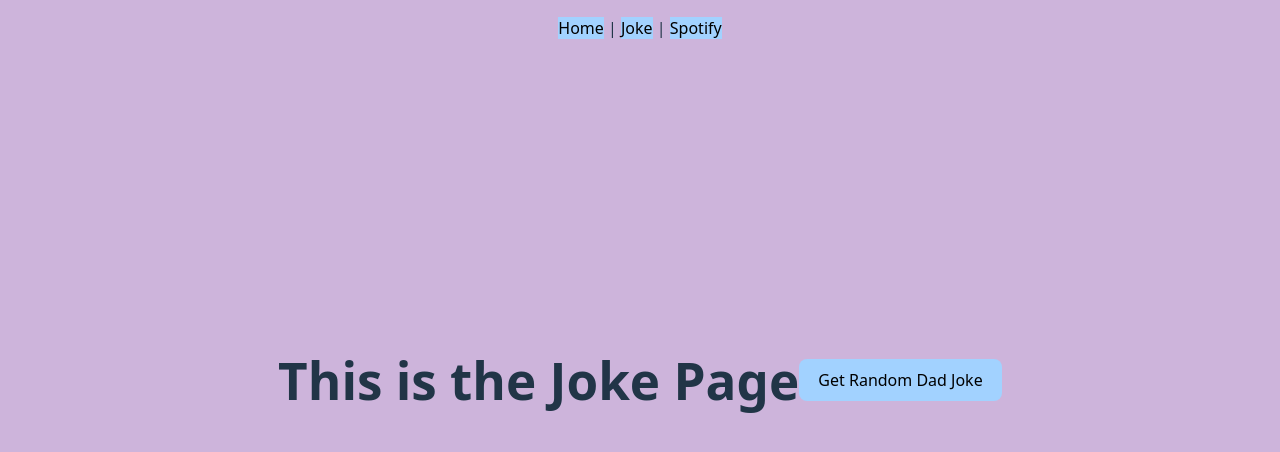
Repository: rosieomusic/spotify-react
Page: /joke
These files come from the project's save history. The page is drawn as it stood at one moment and after the next save; the edit follows.
The browser window is 1280 px wide. The pictures show the whole page.
The page's requests for data from a server got no answer. The project was rebuilt for these pictures with package versions that can differ from the ones it lists, and the page was loaded fresh each time. No one was signed in, and anything a server would have sent is missing. Settings that the repository does not hold, such as keys and server addresses, were given made-up values. Also part of the build but not shown: vite.config.js, src/pages/HomePage.jsx, src/services/SpotifyService.js, src/components/AlbumComponent.jsx, src/pages/SpotifyPage.jsx.

Above is the page before, as saved 2025-05-09 19:07:41.

### index.html
<!DOCTYPE html>
<html lang="en">
	<head>
		<meta charset="UTF-8" />
		<link
			rel="icon"
			type="image/svg+xml"
			href="/vite.svg"
		/>
		<meta
			name="viewport"
			content="width=device-width, initial-scale=1.0"
		/>
		<title>Joke and Spotify API</title>
	</head>
	<body>
		<div id="root"></div>
		<script
			type="module"
			src="/src/main.jsx"
		></script>
	</body>
</html>

### src/index.css
:root {
	font-family: system-ui, Avenir, Helvetica, Arial, sans-serif;
	line-height: 1.5;
	font-weight: 400;

	color: black;
	background-color: white;

	font-synthesis: none;
	text-rendering: optimizeLegibility;
	-webkit-font-smoothing: antialiased;
	-moz-osx-font-smoothing: grayscale;
}

a {
	font-weight: 500;
	color: #646cff;
	text-decoration: inherit;
}
a:hover {
	color: #535bf2;
}

h1 {
	font-size: 3.2em;
	line-height: 1.1;
}

button {
	border-radius: 8px;
	border: 1px solid black;
	padding: 0.6em 1.2em;
	font-size: 1em;
	font-weight: 500;
	font-family: inherit;
	background-color: white;
	cursor: pointer;
	transition: border-color 0.25s;
}
button:hover {
	border-color: #646cff;
}
button:focus,
button:focus-visible {
	outline: 4px auto -webkit-focus-ring-color;
}

@media (prefers-color-scheme: light) {
	:root {
		color: #213547;
		background-color: #ffffff;
	}
	a:hover {
		color: #747bff;
	}
	button {
		background-color: #f9f9f9;
	}
}

### src/App.jsx
import './App.css';
import { BrowserRouter, Routes, Link, Route, NavLink } from 'react-router-dom';
import HomePage from './pages/HomePage';
import SpotifyPage from './pages/SpotifyPage';
import JokePage from './pages/JokePage';

function App() {
	return (
		<BrowserRouter>
			<div id='app-container'>
				<nav>
					<NavLink
						to='/'
						className='nav-link'
					>
						Home
					</NavLink>{' '}
					|{' '}
					<NavLink
						to='/joke'
						className='nav-link'
					>
						Joke
					</NavLink>{' '}
					|{' '}
					<NavLink
						to='/spotify'
						className='nav-link'
					>
						Spotify
					</NavLink>
				</nav>

				<main>
					<Routes>
						<Route
							path='/'
							element={<HomePage />}
						/>
						<Route
							path='/joke'
							element={<JokePage />}
						/>
						<Route
							path='/spotify'
							element={<SpotifyPage />}
						/>
					</Routes>
				</main>
			</div>
		</BrowserRouter>
	);
}

export default App;

### src/App.css
html,
body {
	height: 100%;
	margin: 0;
	padding: 0;
}
#app-container {
	display: flex;
	flex-direction: column;
	min-height: 100dvh;
}

#root {
	max-width: 1280px;
	margin: 0;
	height: 100dvh;
	display: flex;
	justify-content: center;
	align-items: center;
	text-align: center;
}
body {
	background-color: #cdb4db;
}

button {
	background-color: #a2d2ff;
	border: none;
}
h1,
p {
	justify-self: center;
	text-align: center;
	align-self: center;
}

nav {
	text-align: center;
	margin-top: 1rem;
}
a {
	text-decoration: none;
	color: black;
	background-color: #a2d2ff;
	border-radius: 100px
	padding: 0.5em;
}
main {
	flex-grow: 1;
	display: flex;
	justify-content: center;
	align-items: center;
	text-align: center;
	padding: 1rem;
}

### src/pages/JokePage.jsx
import React from 'react';
import JokeService from '../services/JokeService.js';
import { useEffect, useState } from 'react';

function JokePage() {
	const [joke, setJoke] = useState(null);

	function getJoke() {
		JokeService.getRandomJoke().then((response) => {
			//console.log(response);
			setJoke(response.data);
		});
	}
	useEffect(() => {
		getJoke();
	}, []); //empty array means call on initialization

	return (
		<>
			<h1>This is the Joke Page</h1>
			<p>{joke} </p>
			<button onClick={getJoke}>Get Random Dad Joke</button>
		</>
	);
}

export default JokePage;

### src/services/JokeService.js
import axios from 'axios';

const http = axios.create({
	baseURL: 'https://icanhazdadjoke.com',
});

const header = {
	headers: {
		Accept: 'text/plain',
	},
};

export default {
	getRandomJoke() {
		return http.get('', header);
	},
};

Loaded but not shown: src/main.jsx (common file)

After the next save:
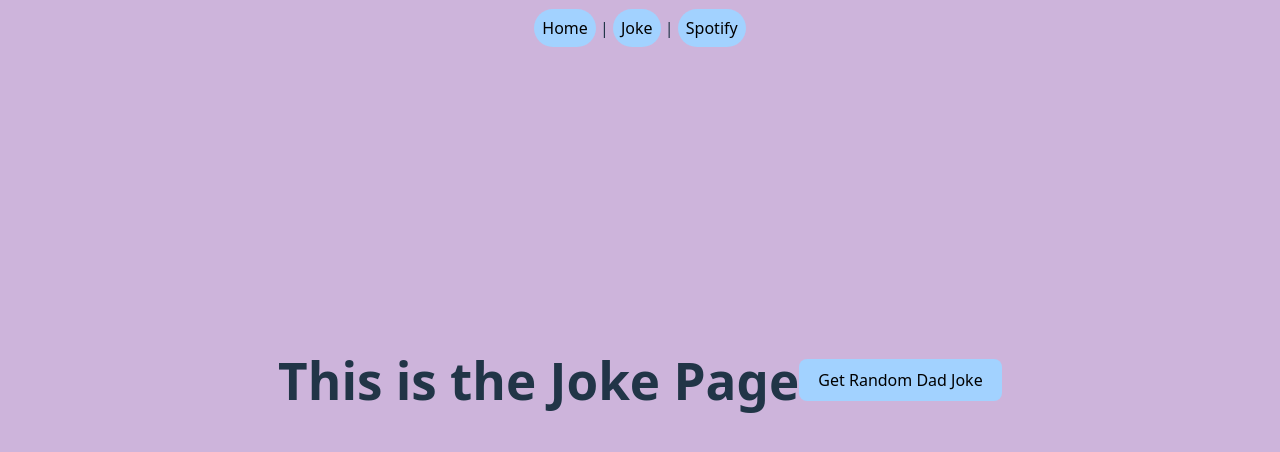
Saved 7 s later.
--- a/src/App.css
+++ b/src/App.css
@@ -42,7 +42,7 @@ a {
 	text-decoration: none;
 	color: black;
 	background-color: #a2d2ff;
-	border-radius: 100px
+	border-radius: 30px;
 	padding: 0.5em;
 }
 main {
